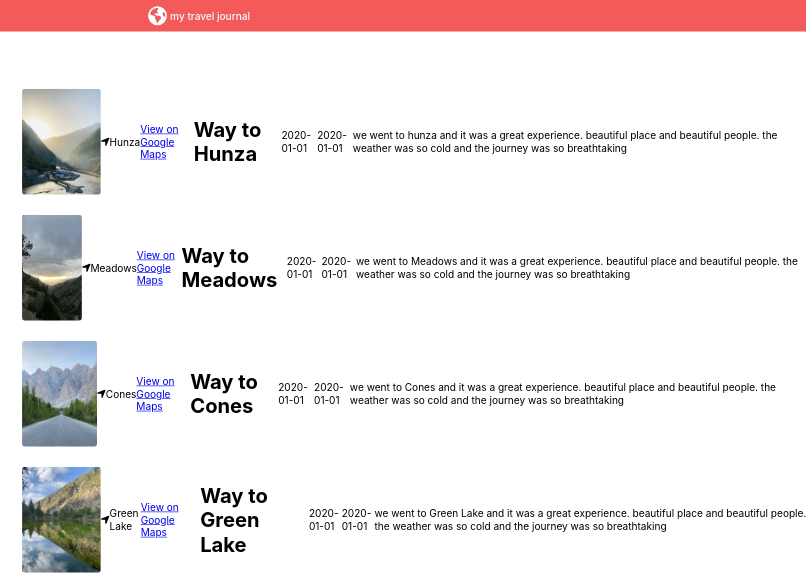
Repository: mortiestmorty1/travel-journal
Page: /
These files come from the project's save history. The page is drawn as it stood at one moment and after the next save; the edit follows.
The browser window is 1280 px wide. The pictures show the whole page, at 63% of full size.
The project was rebuilt for these pictures with package versions that can differ from the ones it lists, and the page was loaded fresh each time.

Above is the page before, as saved 2024-01-17 14:57:57.

After the next save:
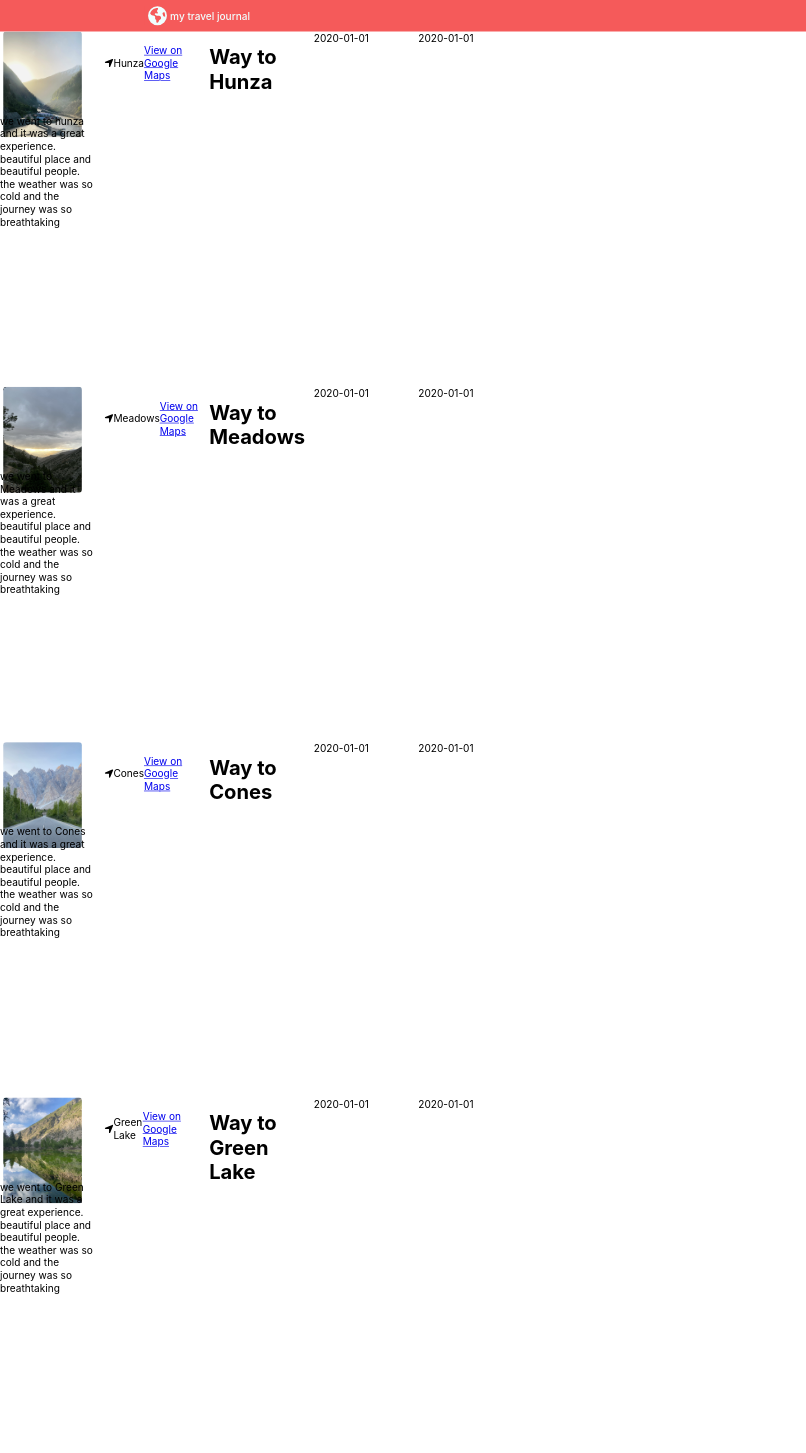
Saved 44 s later.
--- a/src/App.css
+++ b/src/App.css
@@ -24,12 +24,10 @@
   color: azure;
 }
 .content-container{
-  display: flex;
-  justify-content: space-between;
-  align-items: center;
-  margin-top: 150px;
-  height: 50px;
-  margin-left: 30px;
+  display: grid;
+   grid-gap: 1rem;
+   grid-template-columns: repeat(5, 150px);
+   grid-template-rows: repeat(5, 100px);
 }
 .image{
   width: 125px;

After the save that followed:
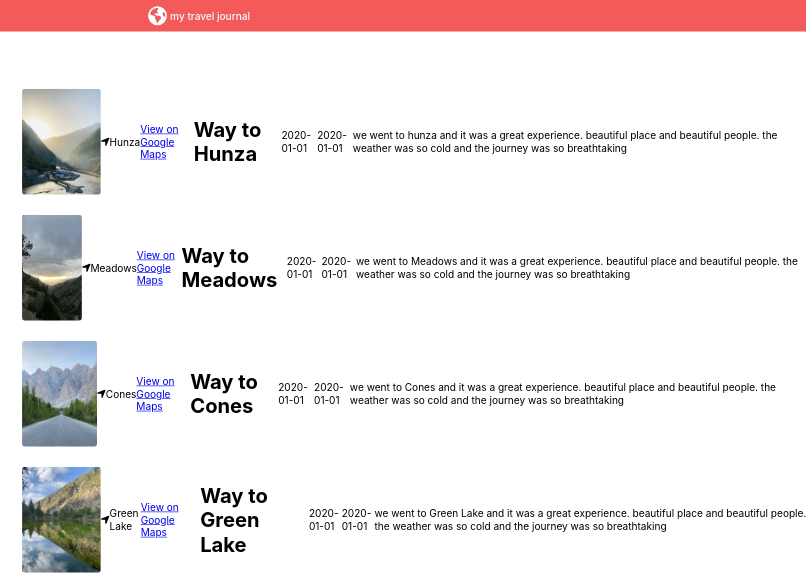
Saved 23 s later.
--- a/src/App.css
+++ b/src/App.css
@@ -24,10 +24,12 @@
   color: azure;
 }
 .content-container{
-  display: grid;
-   grid-gap: 1rem;
-   grid-template-columns: repeat(5, 150px);
-   grid-template-rows: repeat(5, 100px);
+  display: flex;
+  justify-content: space-between;
+  align-items: center;
+  margin-top: 150px;
+  height: 50px;
+  margin-left: 30px;
 }
 .image{
   width: 125px;
